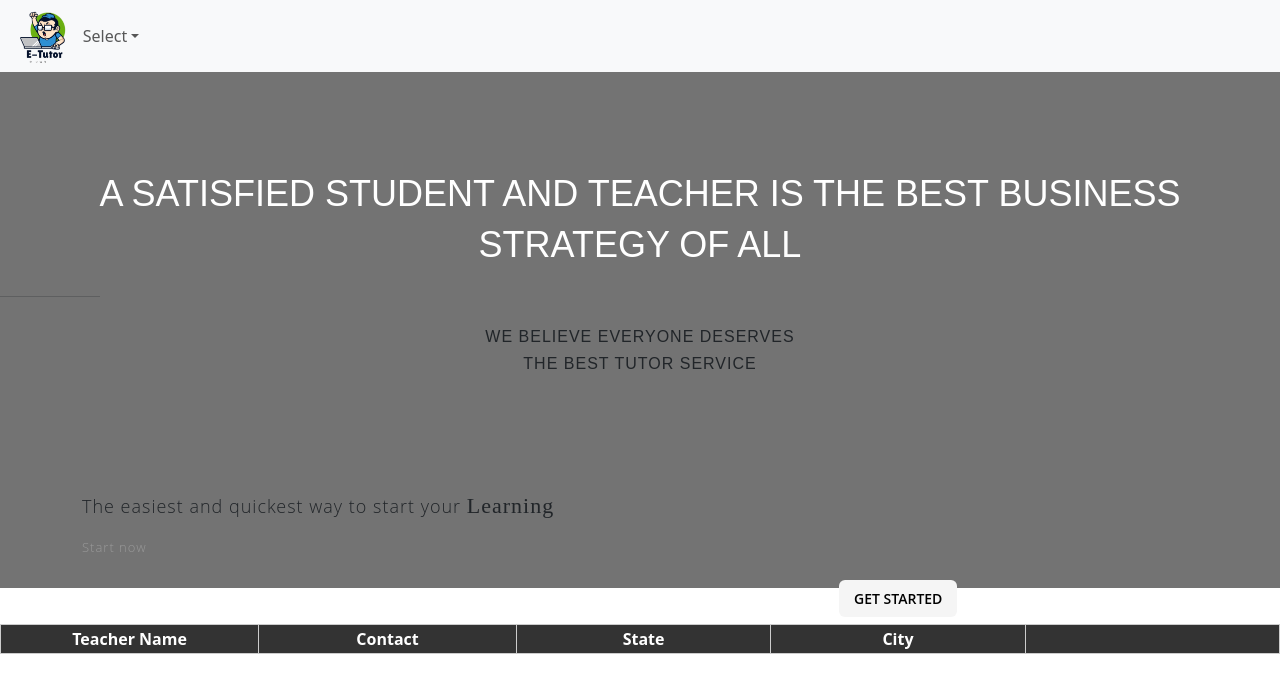
Repository: shailesh89-art/E-tutor-springboot-hibernate
Page: http://localhost/TUTOR_INVENTOR_1/pages/list_searching_tutor.jsp
These files come from the project's save history. The page is drawn as it stood at one moment and after the next save; the edit follows.
The browser window is 1280 px wide. The pictures show the whole page.
The page is served by Tomcat 9. Other server files are loaded and not shown. The template is opened directly, without the code that normally fills it, so the values that code supplies are empty.

Above is the page before, as saved 2023-05-03 14:57:15.

### TUTOR_INVENTOR_1/src/main/webapp/pages/list_searching_tutor.jsp
<%@ taglib uri="http://www.springframework.org/tags/form" prefix="form"%> <%@ taglib uri="http://java.sun.com/jsp/jstl/core" prefix="c"%>
<!doctype html>
<html lang="en">
  <head>
    <!-- Required meta tags -->
    <meta charset="utf-8">
    <meta name="viewport" content="width=device-width, initial-scale=1, shrink-to-fit=no">

    <!-- Bootstrap CSS -->
      <link href="https://cdn.jsdelivr.net/npm/bootstrap@5.3.0-alpha1/dist/css/bootstrap.min.css" rel="stylesheet" integrity="sha384-GLhlTQ8iRABdZLl6O3oVMWSktQOp6b7In1Zl3/Jr59b6EGGoI1aFkw7cmDA6j6gD" crossorigin="anonymous">
    <script src="https://cdn.jsdelivr.net/npm/bootstrap@5.3.0-alpha1/dist/js/bootstrap.bundle.min.js" integrity="sha384-w76AqPfDkMBDXo30jS1Sgez6pr3x5MlQ1ZAGC+nuZB+EYdgRZgiwxhTBTkF7CXvN" crossorigin="anonymous"></script>
    <link rel="stylesheet" href="https://cdnjs.cloudflare.com/ajax/libs/font-awesome/4.7.0/css/font-awesome.min.css">
      <title>Tutor Search List</title>
    <style>




     .banner {

            background-size: cover;
            background-repeat: no-repeat;
            background-position: center center;
            width: 100%;
            height: 100%;
              background-color: linear-gradient(to right, #2980b9, #2c3e50);
        }

        .banner .opacity_overlay {
            height: 100%;
            width: 100%;
            background: rgba(0, 0, 0, 0.55);
            padding-top: 100px;
        }

        .banner .opacity_overlay .info {
            text-align: center;
            font-family: 'Montserrat', sans-serif;
        }

        .banner .opacity_overlay .info h2 {
            color: #fff;
            text-transform: uppercase;
            font-size: 36px;
        }

        .banner .opacity_overlay .info hr {
            width: 100px;
            margin-top: 30px;
            margin-bottom: 30px;
        }

        .banner .opacity_overlay .info h3 {

            text-transform: uppercase;
            font-size: 16px;
            letter-spacing: 1px;
        }

        .banner .opacity_overlay .secondary_layer {

            margin-top: 100px;
            padding-top: 15px;
            padding-bottom: 15px;
            font-family: "Open Sans", Arial, sans-serif;
        }

        .banner .opacity_overlay .secondary_layer .msg {
            font-size: 18px;

            font-weight: 300;
            letter-spacing: 1px;
        }

        .banner .opacity_overlay .secondary_layer .msg span {
            font-family: "Shadows Into Light", cursive;
            font-size: 22px;
        }

        .banner .opacity_overlay .secondary_layer .quote {
            font-size: 13px;
            color: #999;
            font-weight: 300;
            letter-spacing: 1px;
        }

        .banner .opacity_overlay .secondary_layer .btn {
            text-decoration: none;
            color: #000;
        }

        .banner .opacity_overlay .secondary_layer .btn button {
            background: #F5F5F5;
            border: none;
            border-radius: 6px;
            padding: 8px 15px;
            text-transform: uppercase;
            font-weight: 600;
            font-size: 14px;
            outline: none;
            transition: background-color 0.2s ease;
        }

        .banner .opacity_overlay .secondary_layer .btn button:hover {
            background: #000;
            color: #fff;
        }

        /* Font size change on browser resize */

        @media screen and (max-width: 991px) {
        .banner .opacity_overlay .info h2 {
            font-size: 30px;
        }
        }

        @media screen and (max-width: 768px) {
        .banner .opacity_overlay .info h2 {
            font-size: 26px;
        }
        }

        @media screen and (max-width: 631px) {
        .banner .opacity_overlay .info h2 {
            font-size: 22px;
        }
        }

        @media screen and (max-width: 534px) {
        .banner .opacity_overlay .info h2 {
            font-size: 20px;
        }
        }

        @media screen and (max-width: 991px) {
        .banner .opacity_overlay .info h3 {
            font-size: 12px;
        }
        }

        @media screen and (max-width: 534px) {
        .banner .opacity_overlay .info h3 {
            font-size: 10px;
        }
        }

        @media screen and (max-width: 768px) {
        .banner .opacity_overlay .secondary_layer .msg {
            font-size: 16px;
        }
        }

        @media screen and (max-width: 534px) {
        .banner .opacity_overlay .secondary_layer .msg {
            font-size: 13px;
        }
        }

        @media screen and (max-width: 768px) {
        .banner .opacity_overlay .secondary_layer .msg span {
            font-size: 18px;
        }
        }

        @media screen and (max-width: 534px) {
        .banner .opacity_overlay .secondary_layer .msg span {
            font-size: 16px;
        }

        }
        }
        /*search button*/




        .advanced{

            text-decoration: none;
            font-size: 15px;
            font-weight: 500;
        }


        .btn-secondary,
        .btn-secondary:focus,
        .btn-secondary:active


         {
            color: #fff;
            background-color: #00838f !important;
            border-color: #00838f !important;
            box-shadow: none;
        }


        .advanced{

            color: #00838f !important;
        }




    /* for table csss*/
    table {
  width: 100%;
  border-collapse: collapse;
	}
	tr:nth-of-type(odd) {
  background: #eee;
}
th {
  background: #333;
  color: white;
  font-weight: bold;
}
#tb{

	background:white;
}
td, th {
width:5%;
  padding: 2px;
  border: 1px solid #ccc;
  text-align: center;
}
@media screen and (max-width: 600px) {
 table {
  width: 100%;
  border-collapse: collapse;
	}
	tr:nth-of-type(odd) {
  background: #eee;
}
th {
  background: #333;
  color: white;
  font-weight: bold;
}
#tb{

	background:white;
}
td, th {
width:5%;
  padding: 2px;
  border: 1px solid #ccc;
  text-align: center;
}
}







#logo{
        width: 5%;
      }
      @media only screen and (max-width:767px){


     #logo{
        width: 19%;
      }

}






/* general styling */


   }
    </style>
  </head>
  <body>
  <nav class="navbar navbar-expand-lg navbar-light bg-light">
        <div class="container-fluid">
         <img  id="logo" src="Assets/imgs/Screenshot_(160)-transformed (1)-fotor-bg-remover-20230423203452.png" alt="">
          <button class="navbar-toggler" type="button" data-bs-toggle="collapse" data-bs-target="#navbarColor03" aria-controls="navbarColor03" aria-expanded="false" aria-label="Toggle navigation">
            <span class="navbar-toggler-icon"></span>
          </button>
          <div class="collapse navbar-collapse" id="navbarColor03">
            <ul class="navbar-nav me-auto">

              <li class="nav-item dropdown">
                <a class="nav-link dropdown-toggle" data-bs-toggle="dropdown" href="#" role="button" aria-haspopup="true" aria-expanded="false">Select</a>
                <div class="dropdown-menu">
                  <a class="dropdown-item" href="ebook_list">Ebook</a>
                  <a class="dropdown-item" href="contact_form">Contact us</a>
                  <a class="dropdown-item" href="/parentlogout">Log Out</a>
                  </div>
              </li>

            </ul>
          </div>
        </div>
      </nav>
      <div class="banner">
    	<div class="opacity_overlay">
    		<div class="info">
    			<h2>A satisfied Student and Teacher is the best business</h2>
    			<h2>strategy of all</h2>
    			<hr>
    			<h3>We believe everyone deserves</h3>
    			<h3>The best tutor service</h3>
    		</div>

    		<div class="secondary_layer">
    			<div class="container">
    				<div class="col-md-8 col-sm-6">
    					<p class="msg">The easiest and quickest way to start your <span>Learning</span></p>
    					<p class="quote">Start now</p>
    				</div>
    				<div class="col-md-4 col-sm-6 pull-right">
    					<a href="#" class="btn" ><button type="submit">Get Started</button></a>

    				</div>
    			</div>
    		</div>

    	</div>
    </div>
   <div id="tb">
<table>
<tr>

<th style="column-width: 120px;">Teacher Name</th>
<th>Contact</th>
<th>State</th>
<th>City</th>
<th></th>
</tr>
<c:forEach  items="${list_searching_tutor}" var="e">
<tr>

<td>${e.fname} ${e.lname}</td>
<td>${e.contact}</td>
<td>${e.state}</td>
<td>${e.city}</td>
<td>
<a href="send_tutorrequest?id=${e.id}" class="btn btn-primary btn-mid"> Send Request</a></td>




</tr>
</c:forEach>
</table>
</div>

</body>

After the next save:
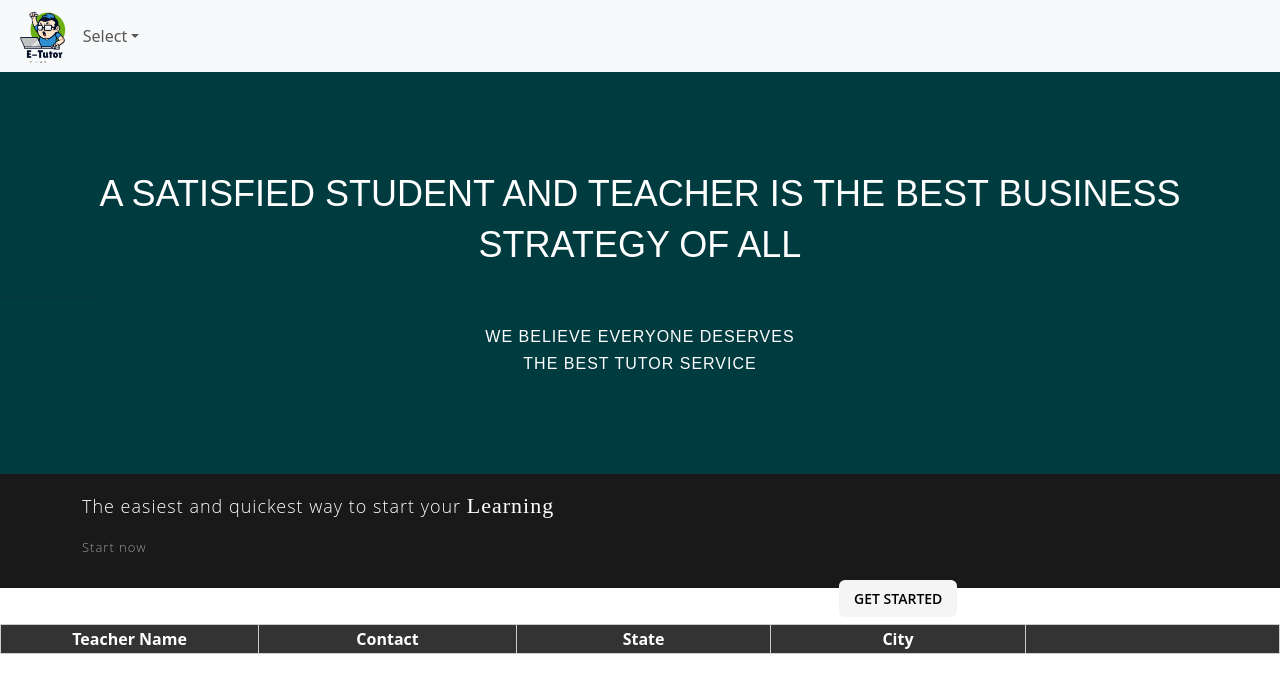
Saved 15 s later.
--- a/TUTOR_INVENTOR_1/src/main/webapp/pages/list_searching_tutor.jsp
+++ b/TUTOR_INVENTOR_1/src/main/webapp/pages/list_searching_tutor.jsp
@@ -23,7 +23,7 @@
             background-position: center center;
             width: 100%;
             height: 100%;
-              background-color: linear-gradient(to right, #2980b9, #2c3e50);
+              background-color: #00838F;
         }
 
         .banner .opacity_overlay {
@@ -51,14 +51,14 @@
         }
 
         .banner .opacity_overlay .info h3 {
-
+            color: #fff;
             text-transform: uppercase;
             font-size: 16px;
             letter-spacing: 1px;
         }
 
         .banner .opacity_overlay .secondary_layer {
-
+            background: #191919;
             margin-top: 100px;
             padding-top: 15px;
             padding-bottom: 15px;
@@ -67,7 +67,7 @@
 
         .banner .opacity_overlay .secondary_layer .msg {
             font-size: 18px;
-
+            color: #fff;
             font-weight: 300;
             letter-spacing: 1px;
         }
